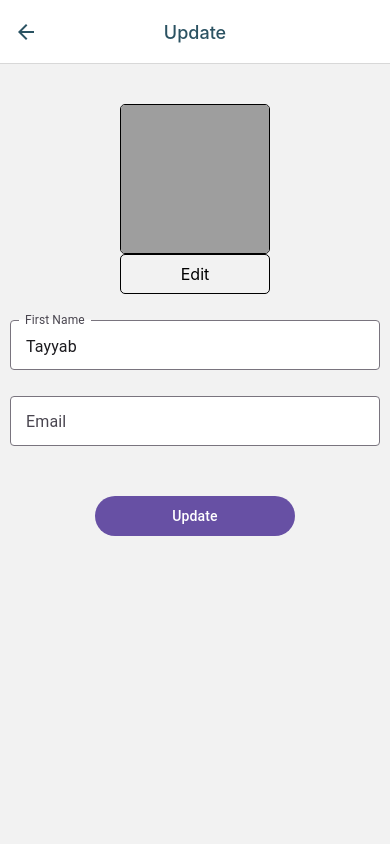
Repository: SaudCh/Expo-Pethub
Screen: /UpdateProfile
The author's editor kept a copy of each file at every save. The screen is drawn from the files as they stood at one save, then again after the next save.
Pictures or frames that could not be fetched are drawn as grey boxes. The app was drawn by React Native's web renderer in a window 390 px wide. The project was rebuilt for these pictures with package versions that can differ from the ones it lists, and the page was loaded fresh each time. Also part of the build but not shown: Screens/Signup.js, Screens/Home.js, Screens/Profile.js, Components/Avatar.js.

Above is the screen before, as saved 2022-11-15 00:40:55.

### App.js
import { StatusBar } from 'expo-status-bar';
import 'react-native-gesture-handler';
import { StyleSheet, Text, View } from 'react-native';
import { Provider as PaperProvider } from 'react-native-paper';
import AppNavigator from './Components/Navigator';

export default function App() {
  return (
    <PaperProvider>
      <AppNavigator />
    </PaperProvider>
  );
}

const styles = StyleSheet.create({
  container: {
    flex: 1,
    backgroundColor: '#fff',
    alignItems: 'center',
    justifyContent: 'center',
  },
});

### Components/Navigator.js
// In App.js in a new project

import * as React from 'react';
import { View, Text } from 'react-native';
import { NavigationContainer } from '@react-navigation/native';
import { createNativeStackNavigator } from '@react-navigation/native-stack';
import Login from '../Screens/Login';
import Signup from '../Screens/Signup';
import Home from '../Screens/Home';
import Profile from '../Screens/Profile';
import UpdateProfile from '../Screens/UpdateProfile';
import Avatar from './Avatar';

function HomeScreen() {
    return (
        <View style={{ flex: 1, alignItems: 'center', justifyContent: 'center' }}>
            <Text>Home Screen</Text>
        </View>
    );
}

const Stack = createNativeStackNavigator();

function AppNavigator() {
    return (
        <NavigationContainer>
            <Stack.Navigator>
                <Stack.Screen name="Login" component={Login} options={{
                    title: 'Login',
                    headerTintColor: "#2B5262",
                    headerTitleAlign: 'center'
                }} />

                <Stack.Screen name="Signup" component={Signup} options={{
                    title: 'Signup',
                    headerTintColor: "#2B5262",
                    headerTitleAlign: 'center'
                }} />

                <Stack.Screen name="Home" component={Home}
                    options={{
                        title: 'Home',
                        headerTintColor: "#2B5262",
                        headerTitleAlign: 'center',
                        headerRight: () => (
                            <Avatar />
                        )
                    }}
                />

                <Stack.Screen name="Profile" component={Profile} options={{
                    title: 'Profile',
                    headerTintColor: "#2B5262",
                    headerTitleAlign: 'center'
                }} />
                <Stack.Screen name="UpdateProfile" component={UpdateProfile} options={{
                    title: 'Update',
                    headerTintColor: "#2B5262",
                    headerTitleAlign: 'center',
                }} />

            </Stack.Navigator>
        </NavigationContainer>
    );
}

export default AppNavigator;

### Screens/Login.js
import { useNavigation } from "@react-navigation/native";
import React, { useState, useEffect } from "react";
import { View, Text, StyleSheet, ActivityIndicator, Alert } from 'react-native'
import { TextInput, Button } from "react-native-paper"

export default function Login() {

    const navigation = useNavigation()

    const [data, setData] = useState({
        email: '',
        password: ''
    })

    return (
        <View style={{ ...styles.body }}>
            <View style={{ ...styles.box }}>
                <View>
                    <TextInput
                        mode="outlined"
                        placeholder="Email"
                        style={{ marginBottom: 10 }}
                        value={data.email}
                        onChangeText={text => setData({ ...data, email: text })}
                    />
                </View>
                <View>
                    <TextInput
                        mode="outlined"
                        placeholder="Password"
                        value={data.password}
                        style={{ marginBottom: 10 }}
                        onChangeText={text => setData({ ...data, password: text })}
                        secureTextEntry
                    />
                </View>
                <View>
                    <Button mode="contained" onPress={() => navigation.replace('Home')} style={{ marginTop: 10 }} >
                        Login
                    </Button>

                    <Button onPress={() => navigation.navigate("Signup")} style={{ backgroundColor: 'transparent' }}>
                        <Text style={{ ...styles.bottomText }}>Switch to Signup</Text>
                    </Button>
                </View>
            </View>
        </View >
    );
}
const styles = StyleSheet.create({
    body: {
        flex: 1,
        alignItems: "center",
        justifyContent: 'center',
        backgroundColor: '#A9CCCF'
    },
    box: {
        shadowColor: "#000",
        shadowOffset: {
            width: 0,
            height: 3,
        },
        shadowOpacity: 0.27,
        shadowRadius: 4.65,
        elevation: 6,
        borderRadius: 10,

        backgroundColor: "#fff",
        padding: 20,
        width: 350
    },
    inputText: {
        fontWeight: 'bold'
    },
    bottomText: {
        fontSize: 16
    }
});

### Screens/UpdateProfile.js
import { Image, StyleSheet, Text, TouchableOpacity, View } from 'react-native'
import React, { useState } from 'react'
import { Button, TextInput } from 'react-native-paper'
import { useNavigation } from '@react-navigation/native';

export default function Profile() {
    const navigation = useNavigation();

    const [data, setData] = useState({
        firstname: 'Tayyab',
        lastname: 'Naseer',
        email: 'tayyabnaseer044@gmail.com',
        phone: "03004985781",
        city: "Lahore",
        address: "Defence Phase 2, Lahore"
    })

    return (
        <View style={{ flex: 1, margin: 10 }}>
            <View style={{ alignSelf: 'center', marginTop: 30 }}>
                <Image
                    style={styles.image}
                    source={{
                        uri: 'https://www.pngarts.com/files/6/User-Avatar-in-Suit-PNG.png',
                    }}
                />
                <TouchableOpacity onPress={() => console.log("Pressed")} style={styles.editIcon}>
                    <Text style={{ fontSize: 16 }}>Edit</Text>
                </TouchableOpacity>
            </View>

            <View style={{ marginTop: 20 }}>
                <TextInput
                    label="First Name"
                    value={data.firstname}
                    mode="outlined"
                    style={{ backgroundColor: 'white' }}
                />

                <TextInput
                    label="Email"
                    value=""
                    mode="outlined"
                    style={{ backgroundColor: 'white', marginTop: 20 }}
                />


            </View>


            <Button onPress={() => navigation.goBack()} mode='contained' style={{ width: 200, alignSelf: 'center', marginTop: 50 }}>
                Update
            </Button>
        </View>
    )
}

const styles = StyleSheet.create({
    image: {
        width: 150,
        height: 150,
        alignSelf: 'center',
        resizeMode: "cover",
        borderWidth: 1,
        borderRadius: 5
    },
    editIcon: {
        width: 150,
        height: 40,
        borderWidth: 1,
        borderRadius: 5,
        alignItems: "center",
        justifyContent: "center",

    }

})

After the next save:
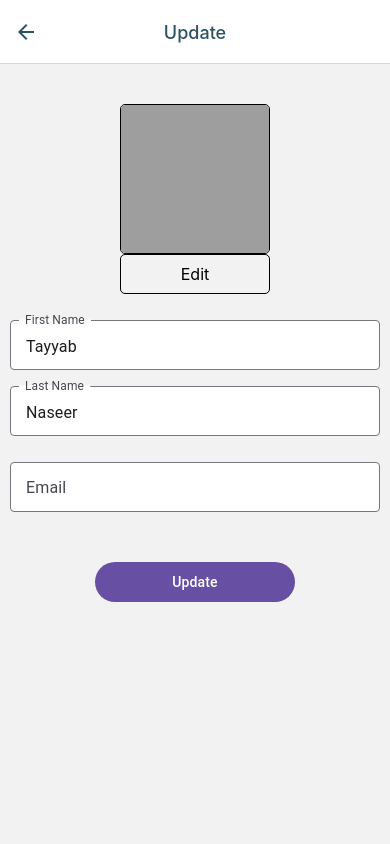
Saved 25 s later.
--- a/Screens/UpdateProfile.js
+++ b/Screens/UpdateProfile.js
@@ -33,9 +33,19 @@ export default function Profile() {
                 <TextInput
                     label="First Name"
                     value={data.firstname}
+                    onChangeText={text => setData({ ...data, firstname: text })}
                     mode="outlined"
                     style={{ backgroundColor: 'white' }}
                 />
+
+                <TextInput
+                    label="Last Name"
+                    value={data.lastname}
+                    onChangeText={text => setData({ ...data, lastname: text })}
+                    mode="outlined"
+                    style={{ backgroundColor: 'white', marginTop: 10 }}
+                />
+
 
                 <TextInput
                     label="Email"
